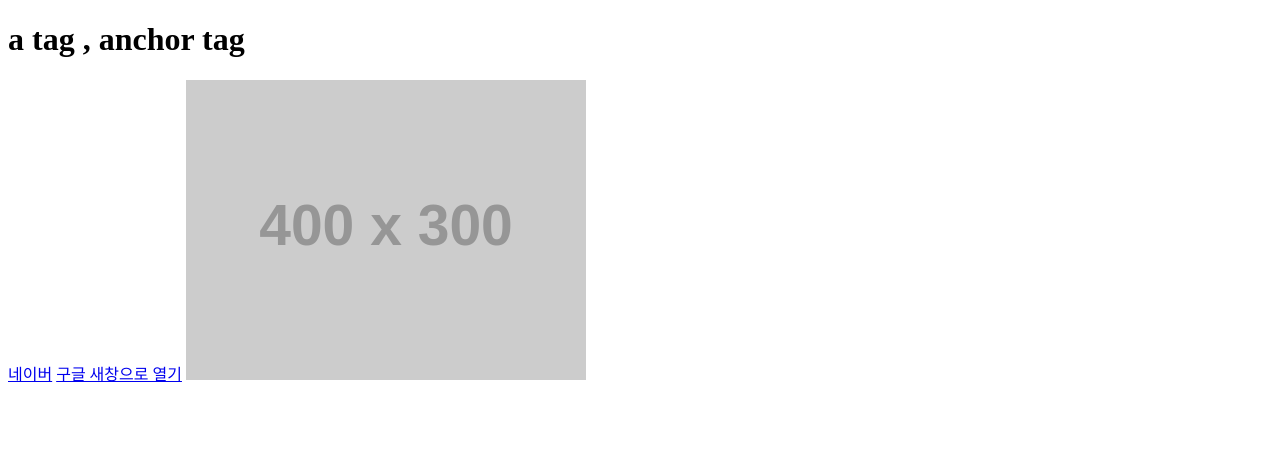
Repository: jihoonys82/weblec
Page: Front/WebContent/Ex01_HTML_tag/tagEx_04.html
An editor plug-in stored every save of this project. The page is shown before and after the next save, followed by the edit.
The browser window is 1280 px wide. The pictures show the whole page.

Above is the page before, as saved 2018-07-23 10:54:55.

### Front/WebContent/Ex01_HTML_tag/tagEx_04.html
<!DOCTYPE html>
<html>
<head>
<meta charset="UTF-8">
<title>Insert title here</title>
</head>
<body>

<div>

<h1> a tag , anchor tag </h1>
	<a href="http://www.naver.com">네이버</a>
	<a href="http://www.google.com" target='_blank' >구글 새창으로 열기</a>

	<!-- img, image tag, show images on web page -->
	<img src='http://via.placeholder.com/400x300' width='400px' height='300px' title='blank'>

</div>

</body>
</html>

After the next save:
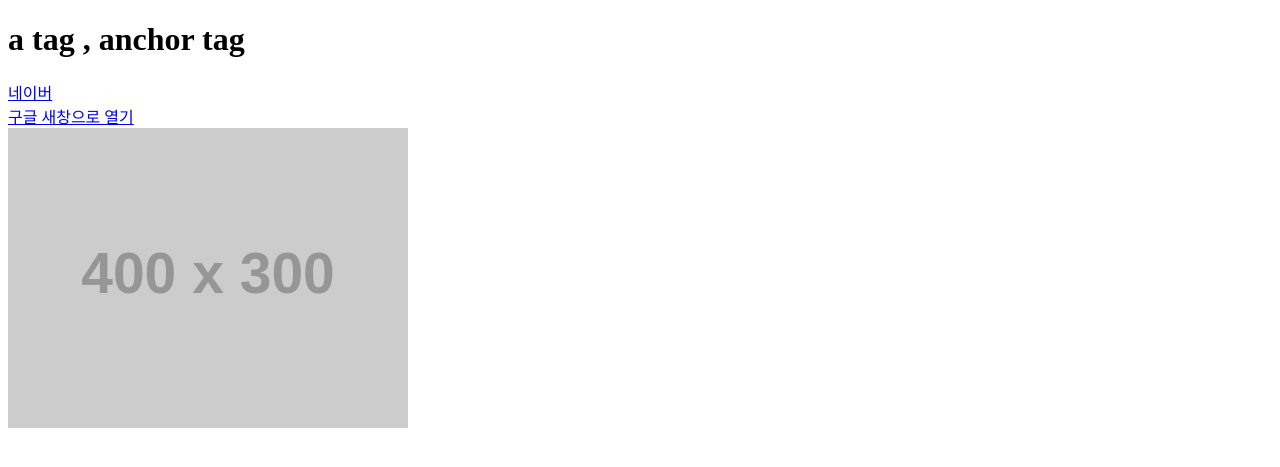
Saved 13 s later.
--- a/Front/WebContent/Ex01_HTML_tag/tagEx_04.html
+++ b/Front/WebContent/Ex01_HTML_tag/tagEx_04.html
@@ -9,8 +9,8 @@
 <div>
 
 <h1> a tag , anchor tag </h1>
-	<a href="http://www.naver.com">네이버</a>
-	<a href="http://www.google.com" target='_blank' >구글 새창으로 열기</a>
+	<a href="http://www.naver.com">네이버</a><br>
+	<a href="http://www.google.com" target='_blank' >구글 새창으로 열기</a><br>
 
 	<!-- img, image tag, show images on web page -->
 	<img src='http://via.placeholder.com/400x300' width='400px' height='300px' title='blank'>
